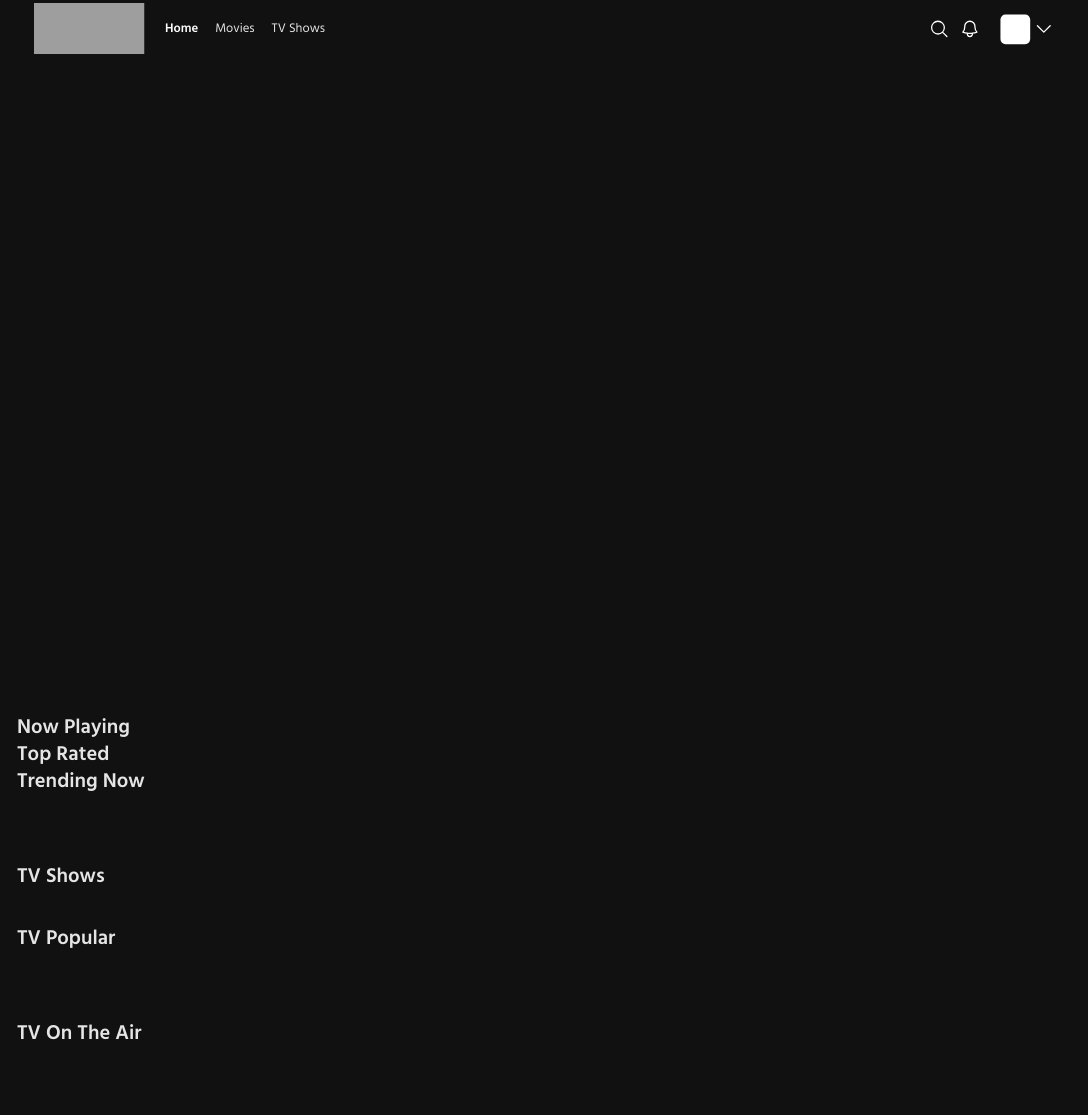
Repository: quynguyenn97/react-movie-app
Page: /
An editor plug-in stored every save of this project. The page is shown before and after the next save, followed by the edit.
The browser window is 1280 px wide. The pictures show the part of the page from y = 0 to 1312 px (the page is 1812 px tall before and 1832 px after), at 85% of full size.
Pictures or frames that could not be fetched are drawn as grey boxes. The page's requests for data from a server got no answer. The project was rebuilt for these pictures with package versions that can differ from the ones it lists, and the page was loaded fresh each time. No one was signed in, and anything a server would have sent is missing. Also part of the build but not shown: src/banner/Banner.scss, src/hook/useDebounce.js, src/components/button/Button.js, src/components/shows/ShowsCard.js, src/pages/ShowPage.js, src/pages/ShowDetailPage.js, src/components/movie/MovieCard.scss.

Above is the page before, as saved 2022-10-19 18:48:49.

After the next save:
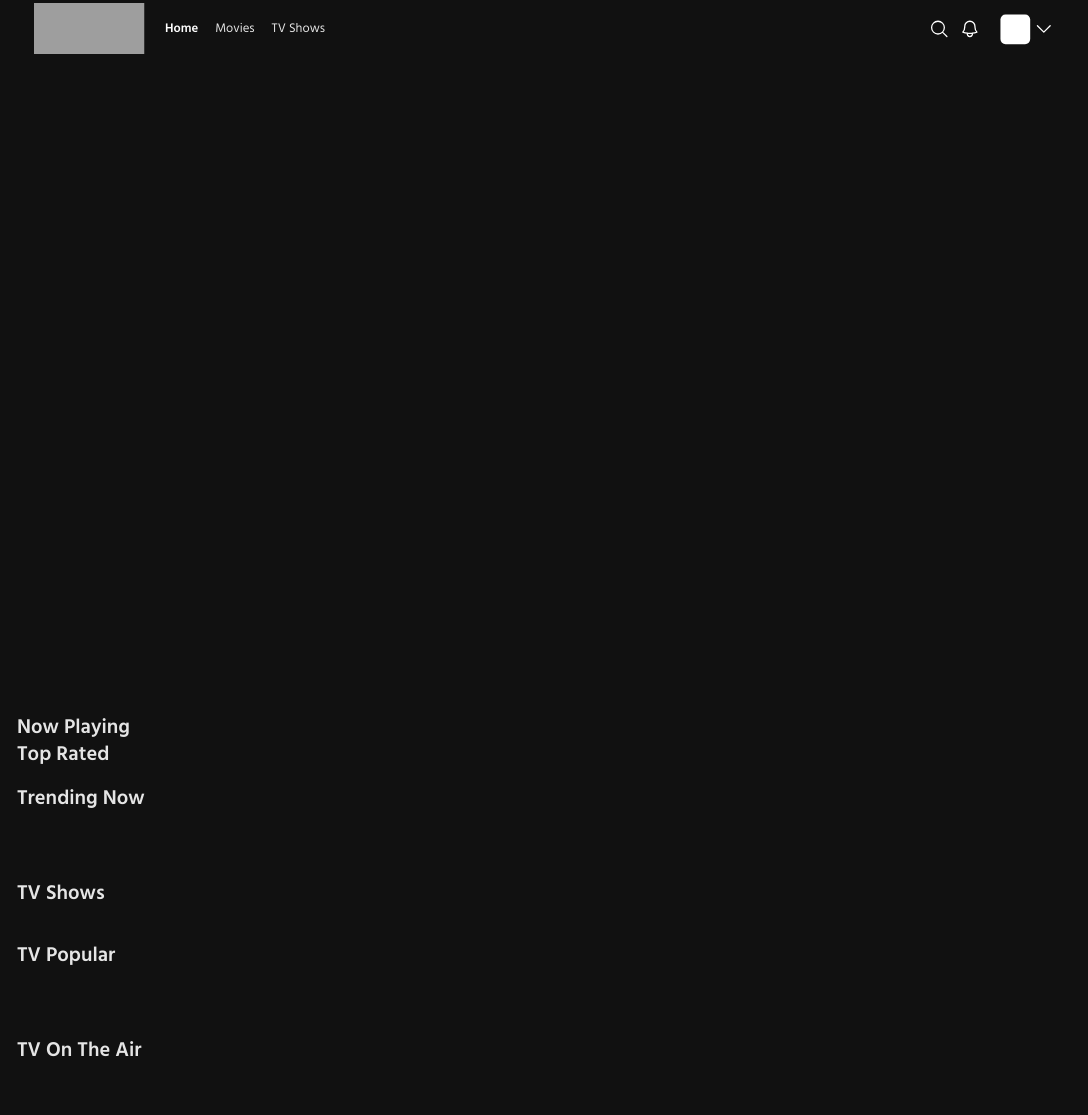
Saved 11 s later.
--- a/src/pages/HomePage.js
+++ b/src/pages/HomePage.js
@@ -12,7 +12,7 @@ const HomePage = () => {
                 <MovieList></MovieList>
                 <div className="movie-list grid grid-cols-4 gap-10 px-5"></div>
             </section>
-            <section className="movies-layout px-5 pb-50">
+            <section className="movies-layout px-5 pb-5">
                 <h2 className="text-[#e5e5e5] capitalize  text-2xl sm:text-2xl font-bold">
                     Top Rated
                 </h2>
